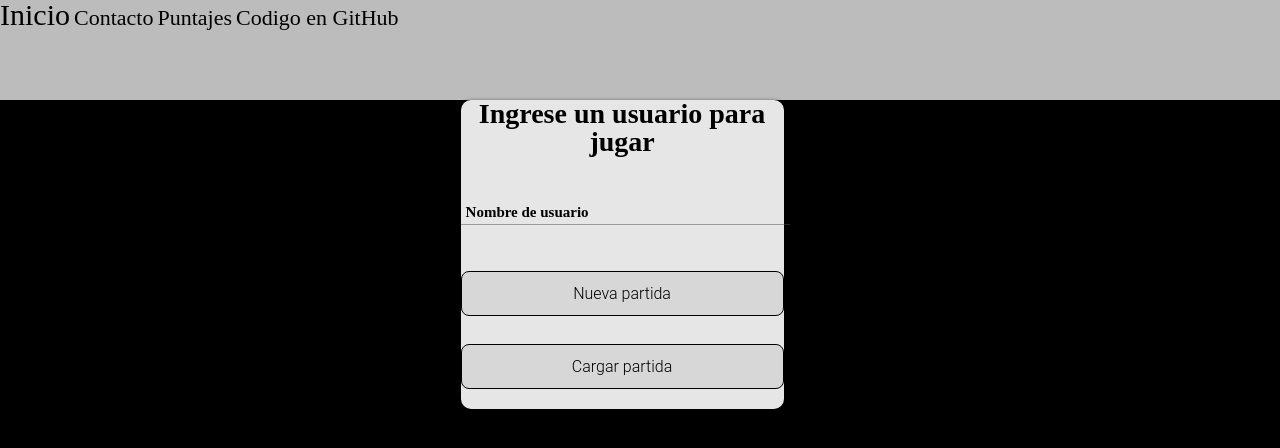
Repository: FacundoKinderknecht/FacundoKinderknecht_Wordle_Game_LPPA
Page: index.html
These files come from the project's save history. The page is drawn as it stood at one moment and after the next save; the edit follows.
The browser window is 1280 px wide. The pictures show the whole page.

Above is the page before, as saved 2023-08-08 02:51:53.

### index.html
<!DOCTYPE html>
<html lang="en">
    <head>
        <meta charset="UTF-8">
        <meta http-equiv="X-UA-Compatible" content="IE=edge">
        <meta name="viewport" content="width=device-width, initial-scale=1.0">
        <link rel="stylesheet" href="/css/index.css">
        <link rel="stylesheet" href="/css/styles.css">
        <link rel ="stylesheet" href="/css/reset.css">
        <script src="/js/index.js"></script>

        <title>Final LPPA Facundo Kinderknecht</title>
    </head>
    <body>
        <header>
            <nav class="navbar">
                <a href="">Inicio</a>
                <a href="">Contacto</a>
                <a href="">Puntajes</a>
                <a href="https://github.com/FacundoKinderknecht/FacundoKinderknecht_Wordle_Game_LPPA" target="_blank">Codigo en GitHub</a>
            </nav>
        </header>

        <div class="form-container">
            <form class="form-user">
                <h2 class="form-title">Ingrese un usuario para jugar</h2>
                <fieldset class="group-form">
                    <input class="form-txt" id="txt-user" placeholder="">
                    <label class="form-lbl" id="lbl-user" for="txt-user">Nombre de usuario</label>
                </fieldset>
                <input type="button" class="form-button" value="Nueva partida" id="btn-new">
                <input type="button" class="form-button" value="Cargar partida" id="btn-load">
            </form>
        </div>
    </body>
</html>

### css/index.css
form{
    background-color: white;
    margin: 100px auto;
    width: 90%;
    max-width: 400px;
    padding: 50px;
    padding-bottom: 25px;
    border-radius: 10px;
    box-shadow: 0px 2px 5px;
    text-align: center;
}

.form-title{
    font-size: 28px;
    margin-bottom: 40px;
    font-weight: 700;
}

.form-container{
    margin-top: 50px;
    display:flex;
    margin: auto;
}

.group-form{
    width: 100%;
    position: relative;
    margin-bottom: 30px;
}

.form-txt{
    width: 100%;
    background: none;
    margin-bottom: 8px;
    color: rgb(27, 27, 27);
    font-size: 16px;
    padding: 5px 3px;
    border:none;
    outline:none;
    border-bottom: 1px solid rgb(87, 87, 87, 0.49);
}

.form-txt:focus + .form-lbl, .form-txt:not(:placeholder-shown) + .form-lbl{
    transform: translateY(-13px) scale(0.9);
    transform-origin: left top;
}

.form-lbl{
    position:absolute;
    font-size: 15px;
    top:0;
    left:5px;
    font-weight: bold;
    transform: translateY(9px);
    transform-origin: left bottom;
    transition: transform .5s;
}

.form-txt-error{
    width: 100%;
    color:rgb(255, 0, 0);
    text-align: center;
}

.form-button{
    width: 100%;
    font-family: 'Roboto', sans-serif;
    font-weight: 300;
    font-size: 16px;
    padding: 12px 0px;
    border: 1px solid;
    border-radius: 8px;
    cursor: pointer;
    transition: background-color .3s;
    margin-top: 8px;
    margin-bottom: 20px;
}

.hidden{
    display: none;
}

### css/styles.css
body{
    font-family: Arial, Helvetica, sans-serif;
    background-color: black;
    opacity: 0.9;
    display:flex;
    flex-direction: column;
}

header{
    width: 100%;
    height: 100px;
    margin-bottom: 15px;
    display: flex;
    justify-content: space-around;
    align-items: center;
    background-color: rgb(209, 209, 209);
    border-bottom: 2px solid rgb(87, 87, 87, 0.49);
}

header nav{
    display:inherit;
    justify-content: space-between;
    width: 80%;
}

header nav a{
    text-decoration: none;
    font-weight: 400;
    font-size: 22px;
    color: black;
}

header nav a:hover{
    font-size: 30px;
}

header nav i{
    font-size: 22px;
}

.hidden {
    display:none;
}

Loaded but not shown: css/reset.css (common file); js/index.js (no stored copy; drawn as an empty file)

After the next save:
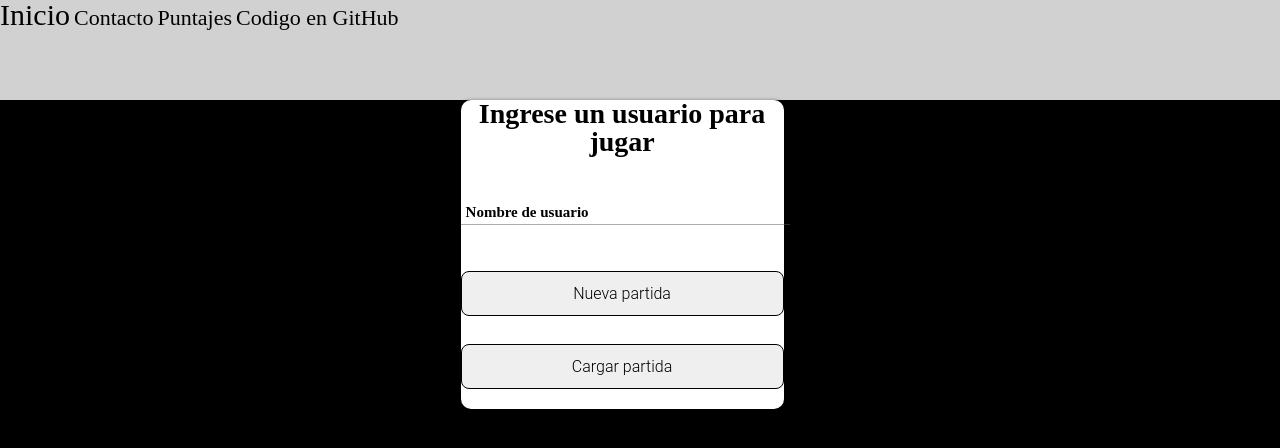
Saved 12 s later.
--- a/css/styles.css
+++ b/css/styles.css
@@ -1,7 +1,6 @@
 body{
     font-family: Arial, Helvetica, sans-serif;
     background-color: black;
-    opacity: 0.9;
     display:flex;
     flex-direction: column;
 }
